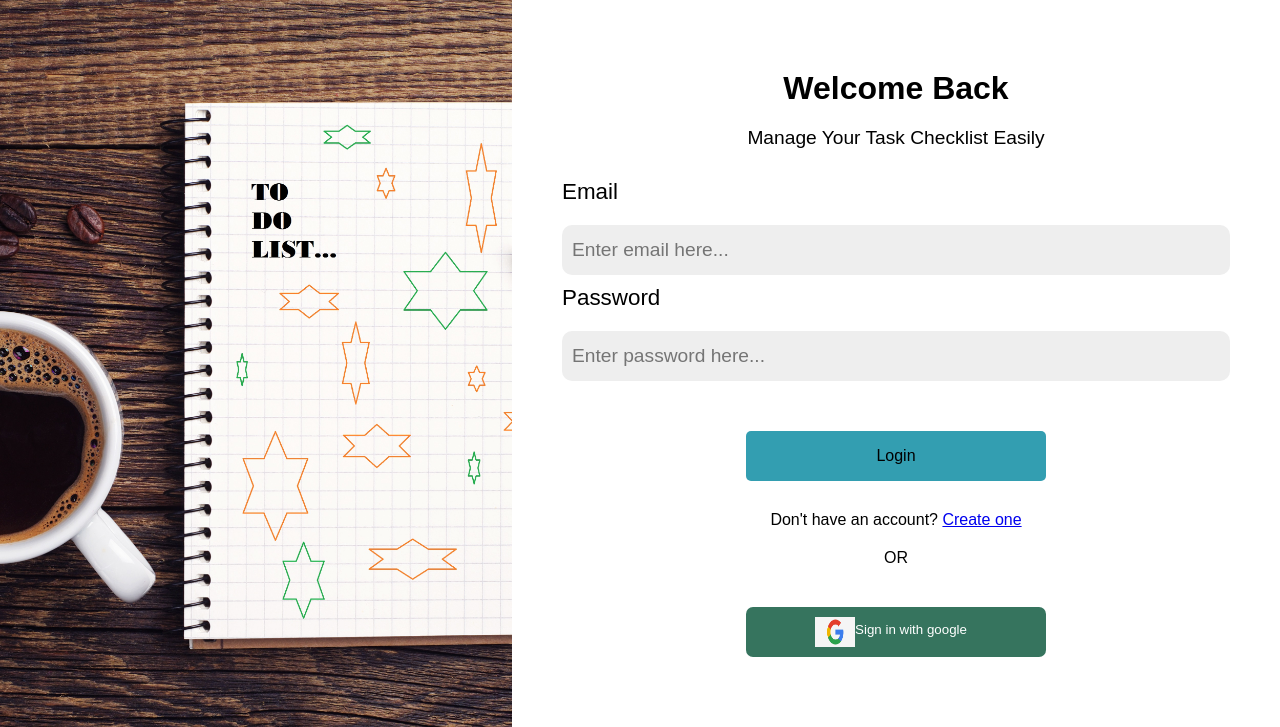
Repository: tebo27cMd/todo_App
Page: /
The author's editor kept a copy of each file at every save. The page is drawn from the files as they stood at one save, then again after the next save.
The browser window is 1280 px wide. The pictures show the whole page.
The project was rebuilt for these pictures with package versions that can differ from the ones it lists, and the page was loaded fresh each time. Also part of the build but not shown: src/Pages/SignInPage.jsx, src/Pages/HomePage.jsx.

Above is the page before, as saved 2022-08-23 09:30:02.

After the next save:
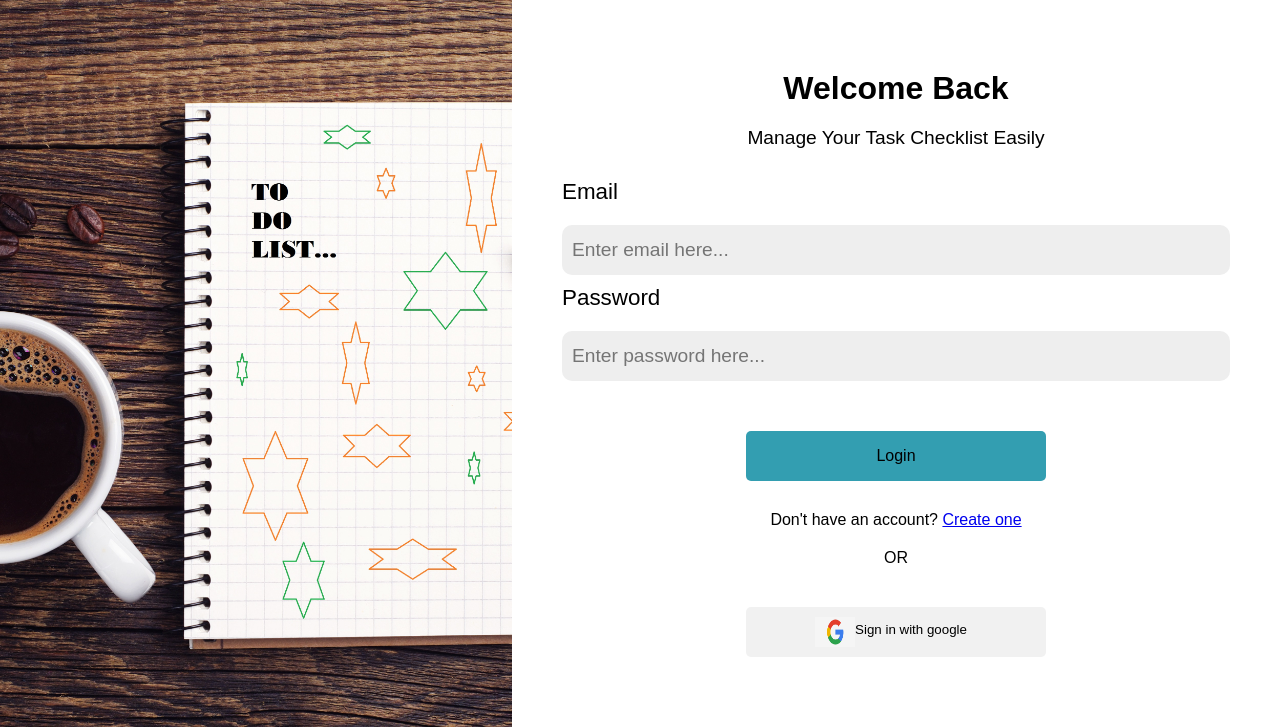
Saved 6 s later.
--- a/src/Pages/LoginPage.css
+++ b/src/Pages/LoginPage.css
@@ -105,9 +105,7 @@ Link{
     border-radius: 5px;
     border: none;
     cursor: pointer;
-    background-color:rgb(54, 116, 94);
-    border-radius: 7px;
-     color: white;
+    background-color: #efefefdd;
 }
 
 .logo{
